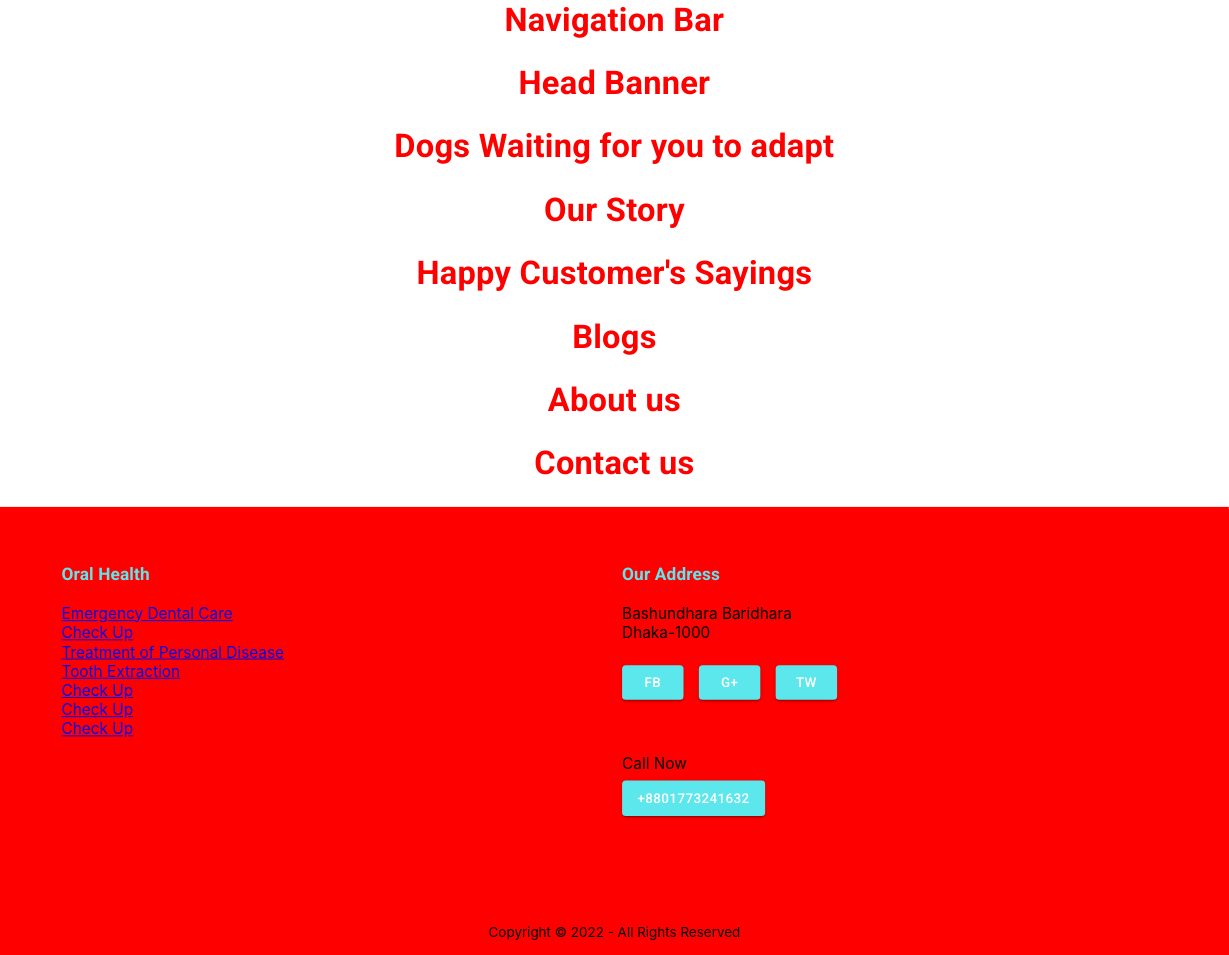
Repository: Sharif-00112/dogos-paradise-client
Page: /
The author's editor kept a copy of each file at every save. The page is drawn from the files as they stood at one save, then again after the next save.
The browser window is 1280 px wide. The pictures show the whole page, at 96% of full size.
The project was rebuilt for these pictures with package versions that can differ from the ones it lists, and the page was loaded fresh each time. Also part of the build but not shown: src/Pages/Login/Login/Login.js, src/Pages/Login/Register/Register.js, src/Pages/NotFound/NotFound.js.

Above is the page before, as saved 2022-11-30 22:28:27.

After the next save:
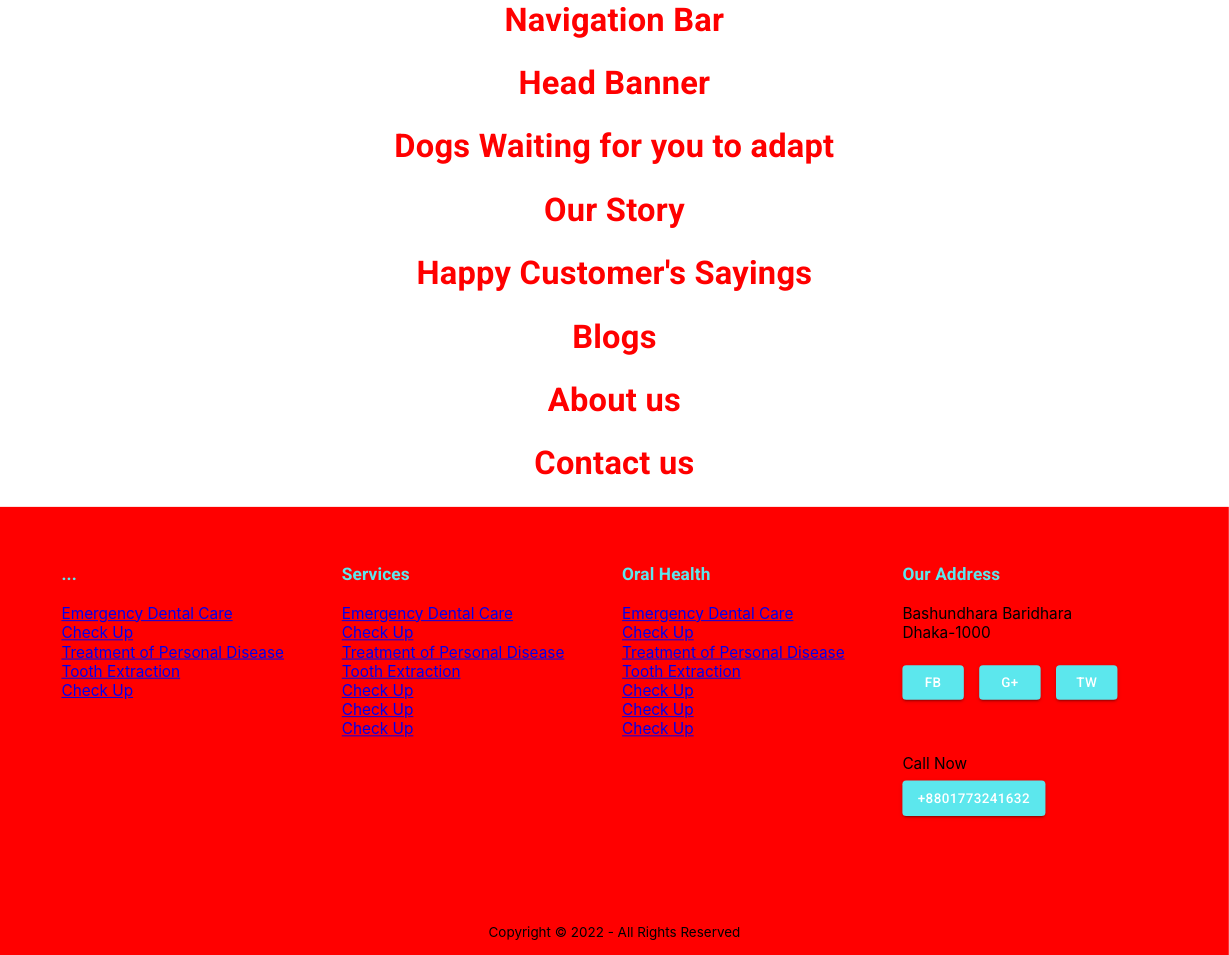
Saved 20 s later.
--- a/src/Pages/Shared/Footer/Footer.js
+++ b/src/Pages/Shared/Footer/Footer.js
@@ -19,7 +19,63 @@ const Footer = () => {
         <Container sx={{ py: 5 }}>
             <Box sx={{ flexGrow: 1 }}>
                 <Grid container spacing={2}>
-                    <Grid item style={{ textAlign: 'left'}} xs={6} md={6}>
+                    <Grid item style={{ textAlign: 'left'}} xs={6} md={3}>
+                        <Typography sx={{ my:2, fontSize: 18, fontWeight: 600 }} style={{color: '#5CE7ED'}} variant="h6" component="div">
+                            ...
+                        </Typography>
+                        <Link to = '/emergencyDentalCare'>
+                            Emergency Dental Care
+                        </Link>
+                        <br />
+                        <Link to = '/checkUp'>
+                            Check Up
+                        </Link>
+                        <br />
+                        <Link to = '/treatmentOfPersonalDisease'>
+                            Treatment of Personal Disease
+                        </Link>
+                        <br />
+                        <Link to = '/toothExtraction'>
+                            Tooth Extraction
+                        </Link>
+                        <br />
+                        <Link to = '/checkUp'>
+                            Check Up
+                        </Link>
+                    </Grid>
+                    <Grid item style={{ textAlign: 'left'}} xs={6} md={3}>
+                        <Typography sx={{ my:2, fontSize: 18, fontWeight: 600 }} style={{color: '#5CE7ED'}} variant="h6" component="div">
+                            Services
+                        </Typography>
+                        <Link to = '/emergencyDentalCare'>
+                            Emergency Dental Care
+                        </Link>
+                        <br />
+                        <Link to = '/checkUp'>
+                            Check Up
+                        </Link>
+                        <br />
+                        <Link to = '/treatmentOfPersonalDisease'>
+                            Treatment of Personal Disease
+                        </Link>
+                        <br />
+                        <Link to = '/toothExtraction'>
+                            Tooth Extraction
+                        </Link>
+                        <br />
+                        <Link to = '/checkUp'>
+                            Check Up
+                        </Link>
+                        <br />
+                        <Link to = '/checkUp'>
+                            Check Up
+                        </Link>
+                        <br />
+                        <Link to = '/checkUp'>
+                            Check Up
+                        </Link>
+                    </Grid>
+                    <Grid item style={{ textAlign: 'left'}} xs={6} md={3}>
                         <Typography sx={{ my:2, fontSize: 18, fontWeight: 600 }} style={{color: '#5CE7ED'}} variant="h6" component="div">
                             Oral Health
                         </Typography>
@@ -51,7 +107,7 @@ const Footer = () => {
                             Check Up
                         </Link>
                     </Grid>
-                    <Grid item style={{ textAlign: 'left'}} xs={6} md={6}>
+                    <Grid item style={{ textAlign: 'left'}} xs={6} md={3}>
                         <Typography sx={{ my:2, fontSize: 18, fontWeight: 600 }} style={{color: '#5CE7ED'}} variant="h6" component="div">
                             Our Address
                         </Typography>
